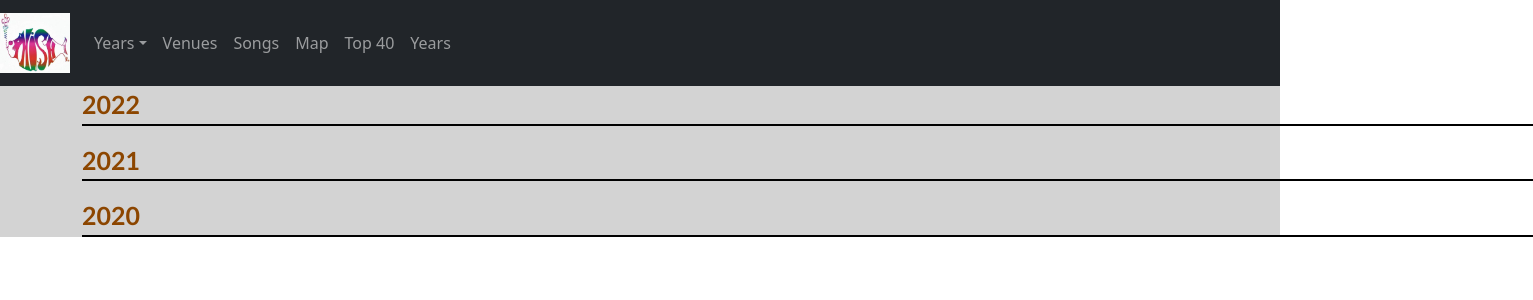
Repository: Jcparks84/gonePhishin
Page: / (app in my-app/)
An editor plug-in stored every save of this project. The page is shown before and after a run of saves, followed by the edit.
The browser window is 1280 px wide. The page is 1533 px wide, then 1463 px, so the pictures cover 1533 px, including what lies to the right of the window. The pictures show the whole page.
The page's requests for data from a server got no answer. The project was rebuilt for these pictures with package versions that can differ from the ones it lists, and the page was loaded fresh each time. No one was signed in, and anything a server would have sent is missing. Also part of the build but not shown: my-app/src/components/audioPlayer/audioPlayer.js.

Above is the page before, as saved 2022-08-16 18:32:46.

### my-app/src/App.js
import './App.css';
import AudioPlayer from './components/audioPlayer/audioPlayer';
import Navbar from './components/navbar/navBar'
import YearPage from './pages/yearPage/yearPage';



function App() {
  const apiKey = process.env.REACT_APP_API_KEY


  return (
    <div className="App">
      <div>
      <Navbar fixed="top" />
      </div>
      <div>
        <YearPage/>
      </div>
      {/* <div>
        <AudioPlayer/>
      </div> */}

    </div>

  );
}

export default App;

### my-app/src/App.css
.App {
  text-align: center;
  background-color: #d3d3d3;
}

.App-logo {
  height: 40vmin;
  pointer-events: none;
}

@media (prefers-reduced-motion: no-preference) {
  .App-logo {
    animation: App-logo-spin infinite 20s linear;
  }
}

.App-header {
  background-color: #282c34;
  min-height: 100vh;
  display: flex;
  flex-direction: column;
  align-items: center;
  justify-content: center;
  font-size: calc(10px + 2vmin);
  color: white;
}

.App-link {
  color: #61dafb;
}

@keyframes App-logo-spin {
  from {
    transform: rotate(0deg);
  }
  to {
    transform: rotate(360deg);
  }
}

### my-app/src/components/navbar/navBar.js
import logo from '../images/phish.png'
import './navBar.css';
import 'bootstrap/dist/css/bootstrap.css'
import { Nav, Navbar, NavDropdown } from 'react-bootstrap'
import AudioPlayer from '../audioPlayer/audioPlayer';
import YearPage from '../../pages/yearPage/yearPage';



function NavBar() {
  return (
    <div className="navBar">
      <Navbar bg="dark" variant="dark"
        sticky="top" expand="sm" collapseOnSelect>
        <Navbar.Brand>
          <img src={logo} width="70px" height="60px" />{' '}
        </Navbar.Brand>

        <Navbar.Toggle className="coloring" />
        <Navbar.Collapse>
          <Nav>
            <NavDropdown title="Years">
              <NavDropdown.Item href="#years/2021">2021</NavDropdown.Item>
              <NavDropdown.Item href="#years/2020">2020</NavDropdown.Item>
              <NavDropdown.Item href="#years/2019">2019</NavDropdown.Item>
            </NavDropdown>
            <Nav.Link href="#Venues">Venues</Nav.Link>
            <Nav.Link href="#contact-us">Songs</Nav.Link>
            <Nav.Link href="#contact-us">Map</Nav.Link>
            <Nav.Link href="#contact-us">Top 40</Nav.Link>
            <Nav.Link path="#years">{YearPage}Years</Nav.Link>

          </Nav>
        </Navbar.Collapse>

      </Navbar>
    </div>
  );
}


export default NavBar;

### my-app/src/pages/yearPage/yearPage.js
import React from 'react'
import './yearPage.css'


function YearPage(){
    return(
        <div className='container'>
                <p>2022</p>
                <p>2021</p>
                <p>2020</p>
        </div>
    )
}

export default YearPage;

### my-app/src/components/navbar/navBar.css
.bg-myRed{
    background-color: crimson;
  }

  .content{
    padding: 12px;
    height: 3000px;
  }

  .coloring{
    color: black;
  }

  nav.link {
    align-items: center;
  }

### my-app/src/pages/yearPage/yearPage.css

.container {
    color: #8C4600;
    font-family: "Trebuchet MS", Arial, Helvetica, sans-serif;
    font-weight: bold;
    font-size: 15px;}


p {
    text-align: left;
    font-size: 25px;
    border-bottom:solid black 2px;
    width: 130%;
}

ul {
    list-style-type: none;
}

Loaded but not shown: my-app/public/index.html (common file); my-app/src/index.js (common file); my-app/src/index.css (common file); my-app/src/reportWebVitals.js (common file)

After the next 9 saves:
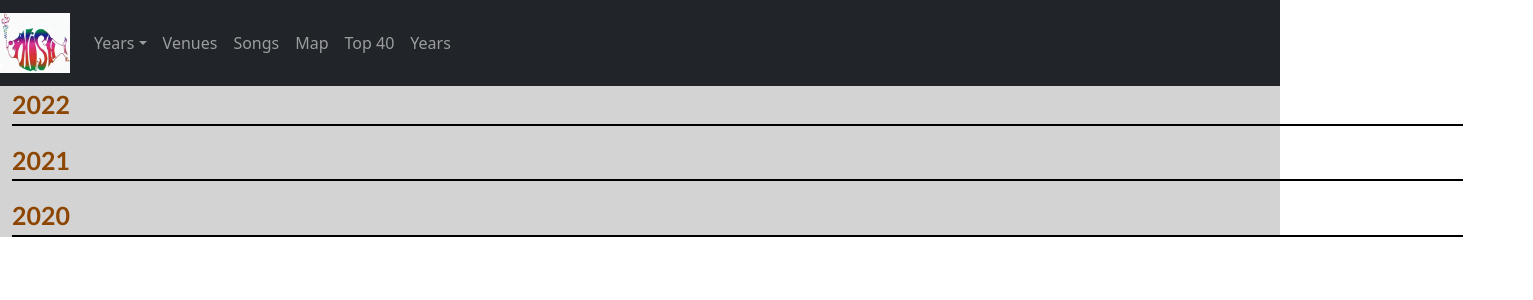
The 9 saves are shown as one change because they came seconds apart.
The last was saved 26 s later.
--- a/my-app/src/pages/yearPage/yearPage.css
+++ b/my-app/src/pages/yearPage/yearPage.css
@@ -3,7 +3,9 @@
     color: #8C4600;
     font-family: "Trebuchet MS", Arial, Helvetica, sans-serif;
     font-weight: bold;
-    font-size: 15px;}
+    font-size: 15px;
+    margin: 0%;
+}
 
 
 p {
